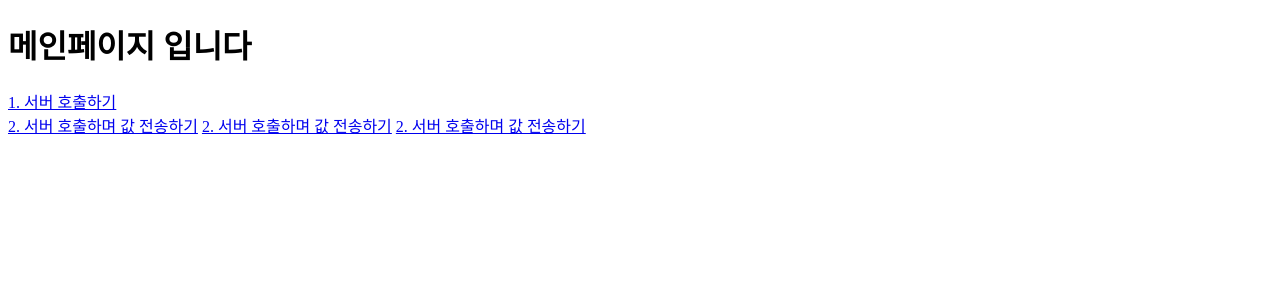
Repository: beescuit9510/toyProjects
Page: web-server-workplace/02_noDbProject/src/main/webapp/index.html
These files come from the project's save history. The page is drawn as it stood at one moment and after the next save; the edit follows.
The browser window is 1280 px wide. The pictures show the whole page.

Above is the page before, as saved 2021-09-29 05:41:51.

After the next save:
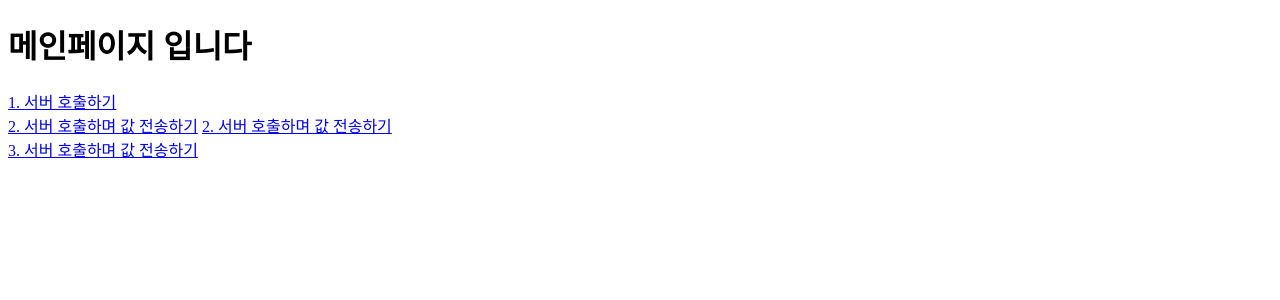
Saved 20 s later.
--- a/web-server-workplace/02_noDbProject/src/main/webapp/index.html
+++ b/web-server-workplace/02_noDbProject/src/main/webapp/index.html
@@ -8,7 +8,7 @@
 	<h1>메인페이지 입니다</h1>
 	<a href="/requestServer">1. 서버 호출하기</a><br>
 	<a href="/sendData1?test=abc&name=변덕">2. 서버 호출하며 값 전송하기</a>
-	<a href="/sendData2?p1=abc&p2=변덕">2. 서버 호출하며 값 전송하기</a>
-	<a href="/SendData3?age=11&name=변덕">2. 서버 호출하며 값 전송하기</a>
+	<a href="/sendData2?p1=abc&p2=변덕">2. 서버 호출하며 값 전송하기</a><br>
+	<a href="/SendData3?age=11&name=변덕">3. 서버 호출하며 값 전송하기</a><br>
 </body>
 </html>
